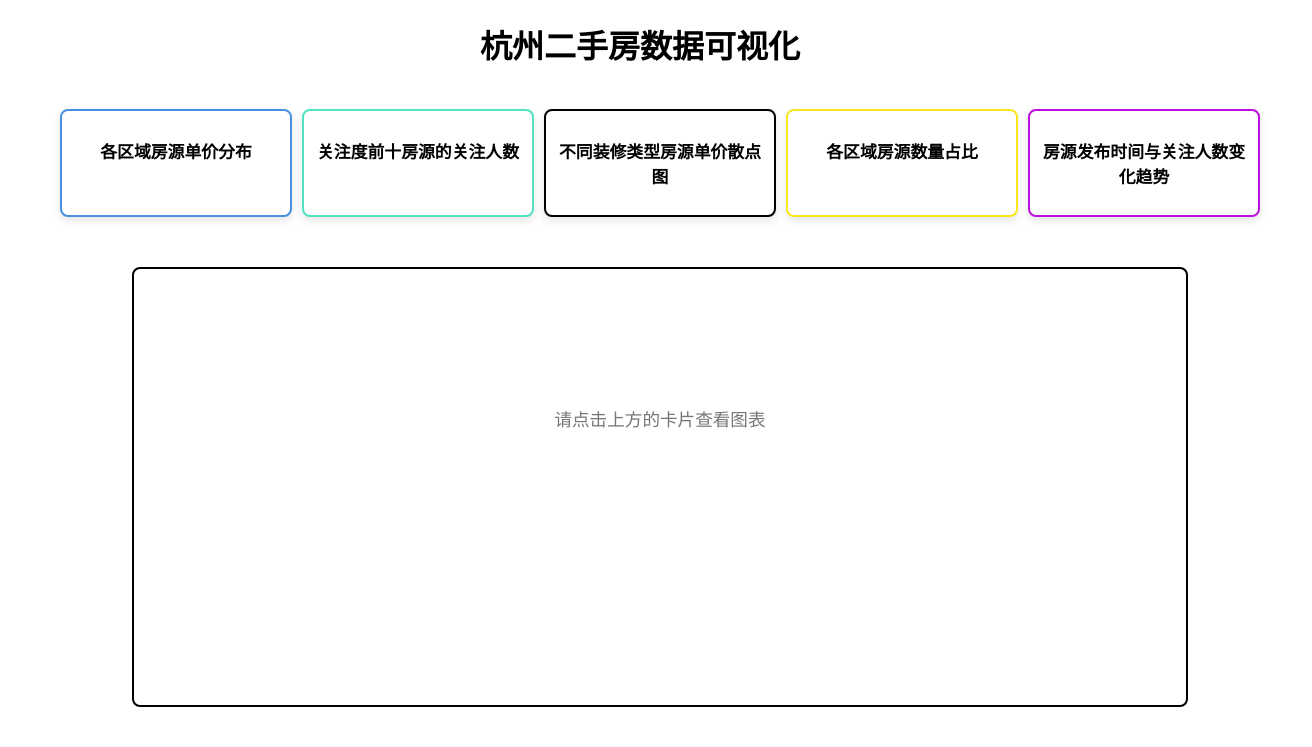
Repository: sakimi-9/DPV-SHP_HangZhou
Page: / (app in rendering/)
An editor plug-in stored every save of this project. The page is shown before and after the next save, followed by the edit.
The browser window is 1280 px wide. The page is 1312 px wide, so the pictures cover 1312 px, including what lies to the right of the window. The pictures show the whole page.
The project was rebuilt for these pictures with package versions that can differ from the ones it lists, and the page was loaded fresh each time. Also part of the build but not shown: rendering/vite.config.ts.

Above is the page before, as saved 2025-05-29 11:59:04.

After the next save:
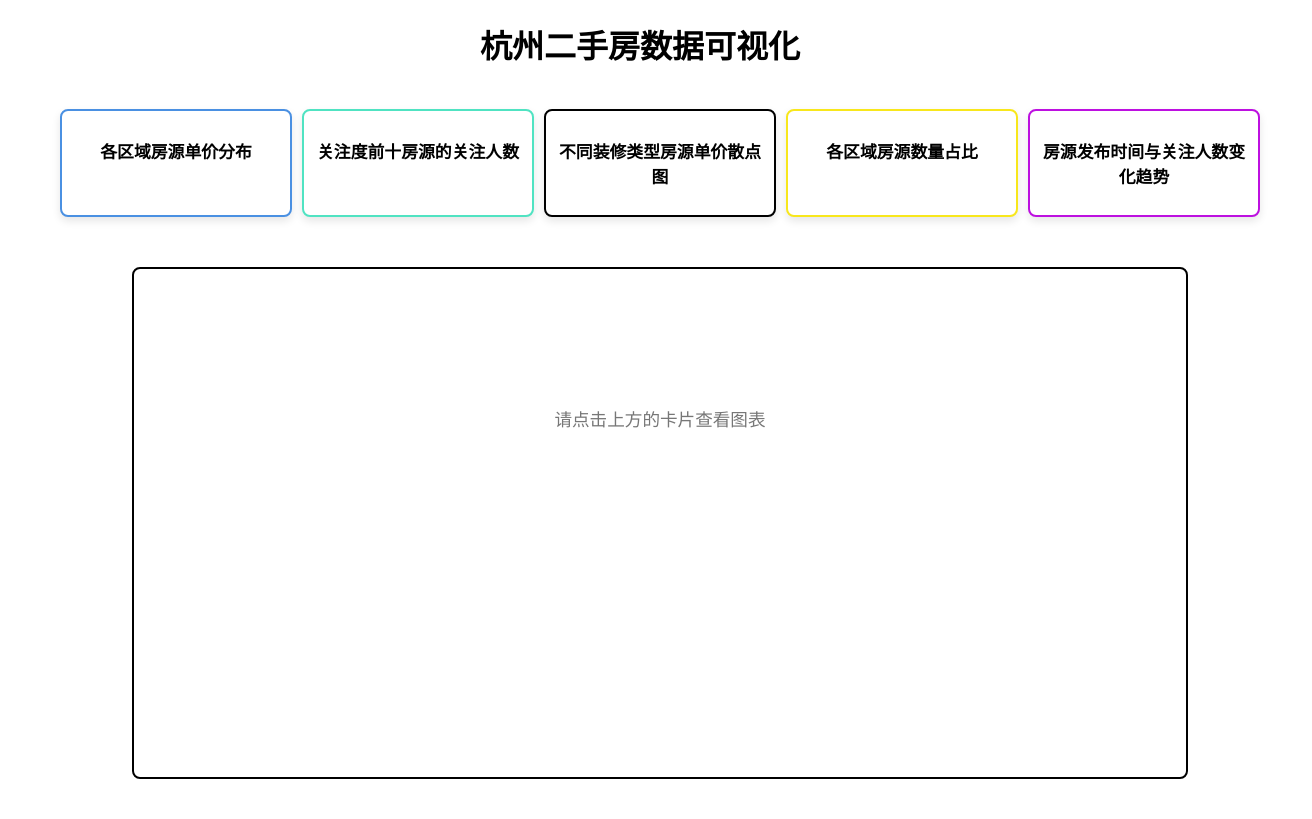
Saved 18 s later.
--- a/rendering/src/components/HouseCharts.vue
+++ b/rendering/src/components/HouseCharts.vue
@@ -529,7 +529,7 @@ onMounted(() => {
     display: flex;
     flex-direction: column;
     align-items: center;
-    min-height: 55vh;
+    min-height: 65vh;
     /* Ensure a minimum height for the box, adjusted for larger chart */
     /* Ensure a minimum height for the box */
 }
